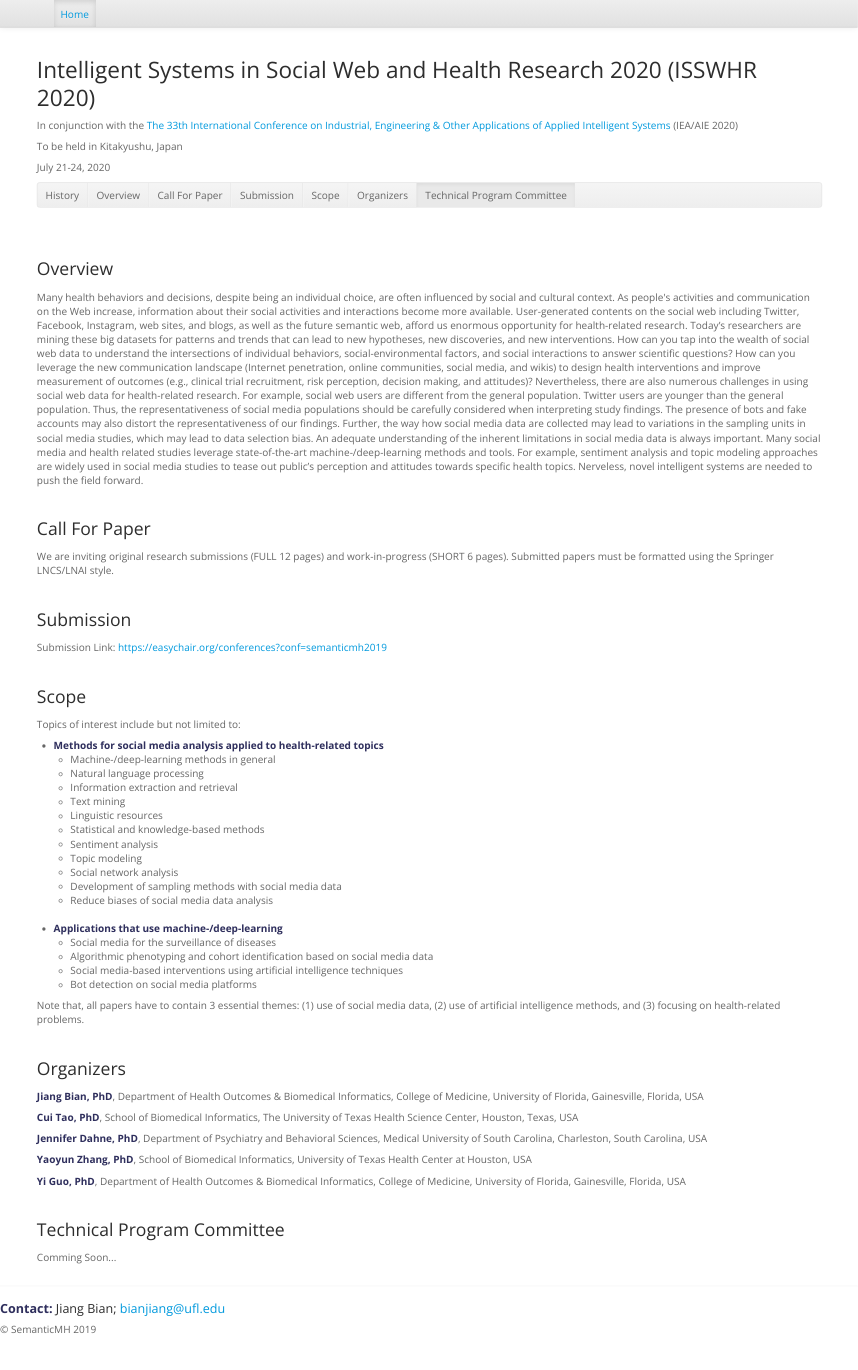
Repository: bianjiang/semantics-powered.org
Page: ISSWHR-2020/index.html
These files come from the project's save history. The page is drawn as it stood at one moment and after the next save; the edit follows.
The browser window is 1280 px wide. The pictures show the whole page, at 67% of full size.
Some web libraries are served in a nearby version.

Above is the page before, as saved 2019-10-26 17:03:32.
Console error (its wording comes from the project's code and is left out).

### ISSWHR-2020/index.html
<!DOCTYPE html>
<!--[if lt IE 7]>      <html class="no-js lt-ie9 lt-ie8 lt-ie7"> <![endif]-->
<!--[if IE 7]>         <html class="no-js lt-ie9 lt-ie8"> <![endif]-->
<!--[if IE 8]>         <html class="no-js lt-ie9"> <![endif]-->
<!--[if gt IE 8]><!-->
<html class="no-js">
<!--<![endif]-->

<head>
  <meta charset="utf-8">
  <meta http-equiv="X-UA-Compatible" content="IE=edge,chrome=1">
  <title></title>
  <meta name="description" content="">
  <meta name="viewport" content="width=device-width">

  <link rel="stylesheet" href="css/bootstrap.min.css">
  <style>
    body {
      padding-top: 60px;
      padding-bottom: 40px;
    }
  </style>
  <link rel="stylesheet" href="css/bootstrap-responsive.min.css">
  <link rel="stylesheet" href="css/main.css">

  <script src="js/vendor/modernizr-2.6.2-respond-1.1.0.min.js"></script>
</head>

<body class="preview" id="top" data-spy="scroll" data-target=".subnav" data-offset="80">
  <!--[if lt IE 7]>
            <p class="chromeframe">You are using an <strong>outdated</strong> browser. Please <a href="http://browsehappy.com/">upgrade your browser</a> or <a href="http://www.google.com/chromeframe/?redirect=true">activate Google Chrome Frame</a> to improve your experience.</p>
        <![endif]-->

  <!-- This code is taken from http://twitter.github.com/bootstrap/examples/hero.html -->

  <div class="navbar navbar-fixed-top">
    <div class="navbar-inner">
      <div class="container">

        <a class="btn btn-navbar" data-toggle="collapse" data-target=".nav-collapse">
                        <span class="icon-bar"></span>
                        <span class="icon-bar"></span>
                        <span class="icon-bar"></span>
                    </a>
        <a class="brand" href="#">&nbsp;</a>
        <div class="nav-collapse collapse">
          <ul class="nav">
            <li class="active"><a href="#">Home</a></li>
            <!--
                            <li><a href="#aboutxx">About</a></li>
                            <li><a href="#contact">Contact</a></li>
                            -->
          </ul>
        </div>

      </div>

    </div>
  </div>

  <div class="container">

    <!-- Main hero unit for a primary marketing message or call to action -->
    <!--
            <div class="hero-unit">
                <h1>Hello, world!</h1>
                <p>This is a template for a simple marketing or informational website. It includes a large callout called the hero unit and three supporting pieces of content. Use it as a starting point to create something more unique.</p>
                <p><a class="btn btn-primary btn-large">Learn more &raquo;</a></p>
            </div>
            -->
    <!-- Masthead
================================================== -->
    <header class="jumbotron subhead" id="overview">
      <div class="row">
        <div class="span12">
          <br/>
          <h2>Intelligent Systems in Social Web and Health Research 2020 (ISSWHR 2020)</h2>
          <p>In conjunction with the <a href="https://jsasaki3.wixsite.com/ieaaie2020" target="_blank">The 33th International Conference on Industrial, Engineering & Other Applications of Applied Intelligent Systems</a> (IEA/AIE 2020)</p>
          <p>To be held in Kitakyushu, Japan</p>
          <p>July 21-24, 2020</p>
        </div>
        <div class="span6">
          <!--
      <div class="bsa well">
          <div id="bsap_1277971" class="bsarocks bsap_c466df00a3cd5ee8568b5c4983b6bb19"></div>
      </div>
    -->
        </div>
      </div>
      <div class="subnav">
        <ul class="nav nav-pills">
          <li><a href="#history">History</a></li>
          <li><a href="#overview">Overview</a></li>
          <!-- <li><a href="#audience">Audience</a></li> -->
          <li><a href="#callforpaper">Call For Paper</a></li>
          <li><a href="#submissions">Submission</a></li>
          <!-- <li><a href="#rational">Rational</a></li>
          <li><a href="#workshopstructure">Workshop Structure</a></li> -->
          <!-- <li><a href="#publicity">Publicity</a></li> -->
          <li><a href="#scope">Scope</a></li>
          <li><a href="#organizers">Organizers</a></li>
          <li><a href="#techprogcom">Technical Program Committee</a></li>
        </ul>
      </div>
    </header>

    <!-- <section id="History">
      <div class="row">
        <div class="span12">
          <h3>History</h3>
          <p>The 1st International Workshop on the Semantics of Mental Health (SemanticMH 2018) was successfully organized and hosted in conjunction with the sixth IEEE International Conference on Healthcare Informatics (ICHI 2018) on June 7th, 2018 in New York City, NY, USA.  Overall, we received 7 high quality submissions and we accepted 6 of them.  The accepted papers were published in the IEEE ICHI 2018 workshop proceedings; and we invited the authors of these 6 accepted papers to submit an extended journal version to a special issue (“Special Issue: Semantics of Mental Health”) in the Health Informatics Journal (IF 3.021).
           All authors presented their work in ICHI 2018; and we have invited two keynote speakers (i.e., Drs. Jessie Tenenbaum and Piper Ranallo) from the Mental Health Informatics Working Group (WG) of the American Medical Informatics Association (AMIA) to present a report from the WG titled, “Mental Health Informatics and Knowledge Representation.”  Overall, SemanticsMH 2018 was highly successful and facilitated the exchange of scholar ideas from a group of interdisciplinary researches.
        </p>
        </div>
      </div>
    </section> -->

    <section id="overview">
      <div class="row">
        <div class="span12">
          <h3>Overview</h3>
          <p>Many health behaviors and decisions, despite being an individual choice, are often influenced by social and cultural context.  As people's activities and communication on the Web increase, information about their social activities and interactions become more available.  User-generated contents on the social web including Twitter, Facebook, Instagram, web sites, and blogs, as well as the future semantic web, afford us enormous opportunity for health-related research.  Today’s researchers are mining these big datasets for patterns and trends that can lead to new hypotheses, new discoveries, and new interventions.  How can you tap into the wealth of social web data to understand the intersections of individual behaviors, social-environmental factors, and social interactions to answer scientific questions?  How can you leverage the new communication landscape (Internet penetration, online communities, social media, and wikis) to design health interventions and improve measurement of outcomes (e.g., clinical trial recruitment, risk perception, decision making, and attitudes)?

            Nevertheless, there are also numerous challenges in using social web data for health-related research.  For example, social web users are different from the general population.  Twitter users are younger than the general population.  Thus, the representativeness of social media populations should be carefully considered when interpreting study findings.  The presence of bots and fake accounts may also distort the representativeness of our findings.  Further, the way how social media data are collected may lead to variations in the sampling units in social media studies, which may lead to data selection bias.  An adequate understanding of the inherent limitations in social media data is always important.

            Many social media and health related studies leverage state-of-the-art machine-/deep-learning methods and tools.  For example, sentiment analysis and topic modeling approaches are widely used in social media studies to tease out public’s perception and attitudes towards specific health topics.  Nerveless, novel intelligent systems are needed to push the field forward.
            </p>
        </div>
      </div>
    </section>

    <!-- <section id="audience">
      <div class="row">
        <div class="span12">
          <h3>Audience</h3>
          <p>The goal of this workshop is to bring experts in the field of natural language processing, knowledge representation, knowledge management, and health data analytics to discuss innovative analytical methods, applications, and tools to address problems in mental health.
        </p>
        </div>
      </div>
    </section> -->

    <section id="callforpaper">
      <div class="row">
        <div class="span12">
          <h3>Call For Paper</h3>
          <p>We are inviting original research submissions (FULL 12 pages) and work-in-progress (SHORT 6 pages).  Submitted papers must be formatted using the Springer LNCS/LNAI style.</p>
        </div>
      </div>
    </section>

    <section id="submissions">
      <div class="row">
        <div class="span12">
          <h3>Submission</h3>
          <p>Submission Link: <a href="https://easychair.org/conferences?conf=semanticmh2019" target="_blank">https://easychair.org/conferences?conf=semanticmh2019</a></p>
        </div>
      </div>
    </section>
    <!-- <section id="rational">
      <div class="row">
        <div class="span12">
          <h3>Rational</h3>
          <p>Our proposed workshop aims to provide an international platform for the researchers and scientists in the mental health communities to demonstrate research progresses, share ideas, address questions, and promote collaborations for better representation and analysis of mental health-related terminologies and clinical and research data.
        </p>
        </div>
      </div>
    </section> -->

    <!-- <section id="workshopstructure">
      <div class="row">
        <div class="span12">
          <h3>Workshop Structure</h3>
          <p>We propose a half-day SemanticMH workshop for this year. We will arrange 3 hours for paper presentations and 1 hour for extensive discussions. Different sessions will be arranged based on the topics of presentations. Depending on the number of papers accepted for presentation, each paper presentation will be restricted to 10-25 minutes for a full-length paper, and 5-15 minutes for a short-length paper. All the papers will be submitted and handled through EasyChair and go through peer reviews by at least two reviewers. After the full papers are accepted, we will work with the Health Informatics editors and reviewers to decide which papers will be formally invited for extension to be included in a thematic series in the Health Informatics journal.
        </p>
        </div>
      </div>
    </section>


    <section id="publicity">
      <div class="row">
        <div class="span12">
          <h3>Publicity</h3>
          <p>Various methods will be used for advertisement, including: (i) posting in email mailing lists and through private emails; (ii) creating a workshop discussion email list address and using it for sharing news and posting, (iii) posting in influential websites, (iv) phone calls to colleagues and friends who may be interested, (v) generating a workshop website dedicated to this event, and inviting potential attendees to visit, and (vi) generating a social networking website in LinkedIn to attract public attention, participation, and discussion. The main difference between the workshop website and the LinkedIn website will be that the workshop website is dedicated for posting the workshop information, and the LinkedIn website is used for social networking.
        </p>
        </div>
      </div>
    </section> -->

    <section id="scope">

      <div class="row">
        <div class="span12">
          <h3>Scope</h3>
          <p>Topics of interest include but not limited to:</p>
          <ul>
            <li>
              <b>Methods for social media analysis applied to health-related topics</b>
              <ul>
                <li>Machine-/deep-learning methods in general</li>
                <li>Natural language processing</li>
                <li>Information extraction and retrieval</li>
                <li>Text mining</li>
                <li>Linguistic resources</li>
                <li>Statistical and knowledge-based methods</li>
                <li>Sentiment analysis</li>
                <li>Topic modeling</li>
                <li>Social network analysis</li>
                <li>Development of sampling methods with social media data</li>
                <li>Reduce biases of social media data analysis</li>
              </ul>
            </li>
            <br>
            <li>
              <b>Applications that use machine-/deep-learning</b>
              <ul>
                <li>Social media for the surveillance of diseases</li>
                <li>Algorithmic phenotyping and cohort identification based on social media data</li>
                <li>Social media-based interventions using artificial intelligence techniques</li>
                <li>Bot detection on social media platforms</li>
              </ul>
            </li>
          </ul>
          <p>Note that, all papers have to contain 3 essential themes: (1) use of social media data, (2) use of artificial intelligence methods, and (3) focusing on health-related problems.</p>
        </div>
      </div>
    </section>

    <section id="organizers">
      <div class="row">
        <div class="span12">
          <h3>Organizers</h3>
          <p><b>Jiang Bian, PhD</b>, Department of Health Outcomes & Biomedical Informatics, College of Medicine, University of Florida, Gainesville, Florida, USA</p>
          <p><b>Cui Tao, PhD</b>, School of Biomedical Informatics, The University of Texas Health Science Center, Houston, Texas, USA</p>
          <p><b>Jennifer Dahne, PhD</b>, Department of Psychiatry and Behavioral Sciences, Medical University of South Carolina, Charleston, South Carolina, USA</p>
          <p><b>Yaoyun Zhang, PhD</b>, School of Biomedical Informatics, University of Texas Health Center at Houston, USA</p></p>
          <p><b>Yi Guo, PhD</b>, Department of Health Outcomes & Biomedical Informatics, College of Medicine, University of Florida, Gainesville, Florida, USA</p></p>
        </div>
      </div>
    </section>

    <section id="techprogcom">
      <div class="row">
        <div class="span12">
          <h3>Technical Program Committee</h3>
          <p>Comming Soon...</p>
        </div>
      </div>
    </section>


          </div>
        </div>
      </div>
    </section>
    <hr>
    <h4><b>Contact:</b> Jiang Bian; <a href="mailto:bianjiang@ufl.edu">bianjiang@ufl.edu</a></h4>
    <footer>
      <p>&copy; SemanticMH 2019</p>
    </footer>

  </div>
  <!-- /container -->

  <script src="//ajax.googleapis.com/ajax/libs/jquery/1.9.1/jquery.min.js"></script>
  <script>
    window.jQuery || document.write('<script src="js/vendor/jquery-1.9.1.min.js"><\/script>')
  </script>

  <script src="js/vendor/bootstrap.min.js"></script>

  <script src="js/plugins.js"></script>
  <script src="js/main.js"></script>
  <script>
      (function (i, s, o, g, r, a, m) {
i['GoogleAnalyticsObject'] = r; i[r] = i[r] || function () {
        (i[r].q = i[r].q || []).push(arguments)
      }, i[r].l = 1 * new Date(); a = s.createElement(o),
        m = s.getElementsByTagName(o)[0]; a.async = 1; a.src = g; m.parentNode.insertBefore(a, m)
      })(window, document, 'script', 'https://www.google-analytics.com/analytics.js', 'ga');

    ga('create', 'UA-50982144-4', 'auto');
    ga('send', 'pageview');
  </script>
</body>

</html>

Loaded but not shown: ISSWHR-2020/css/bootstrap.min.css (library); ISSWHR-2020/css/bootstrap-responsive.min.css (library); ISSWHR-2020/js/vendor/modernizr-2.6.2-respond-1.1.0.min.js (library); ISSWHR-2020/js/vendor/bootstrap.min.js (library); ISSWHR-2020/js/main.js (95 lines, source omitted); ISSWHR-2020/js/plugins.js (24 lines, source omitted); ISSWHR-2020/css/main.css (463 lines, source omitted)

After the next save:
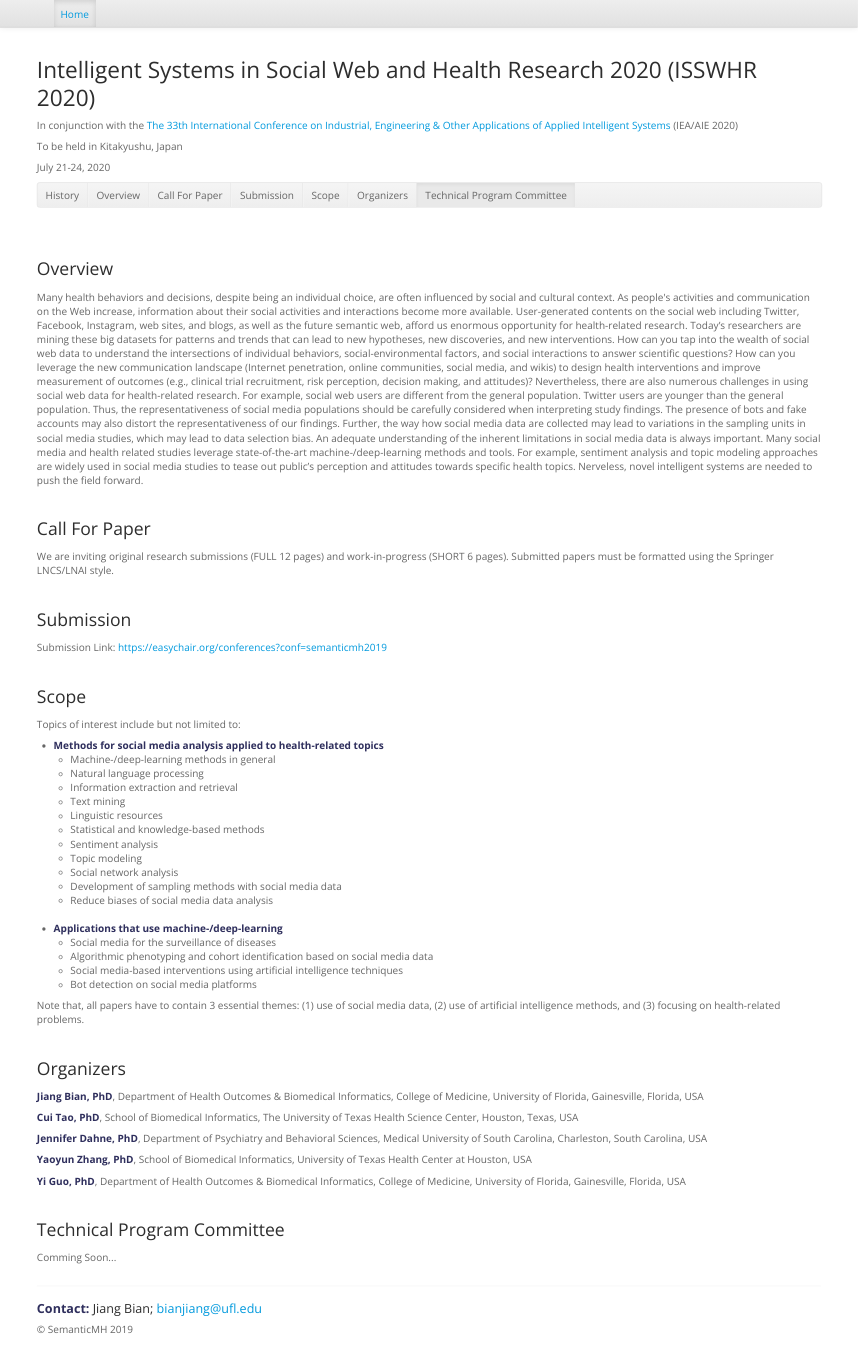
Saved 4 s later.
--- a/ISSWHR-2020/index.html
+++ b/ISSWHR-2020/index.html
@@ -247,12 +247,6 @@
         </div>
       </div>
     </section>
-
-
-          </div>
-        </div>
-      </div>
-    </section>
     <hr>
     <h4><b>Contact:</b> Jiang Bian; <a href="mailto:bianjiang@ufl.edu">bianjiang@ufl.edu</a></h4>
     <footer>
